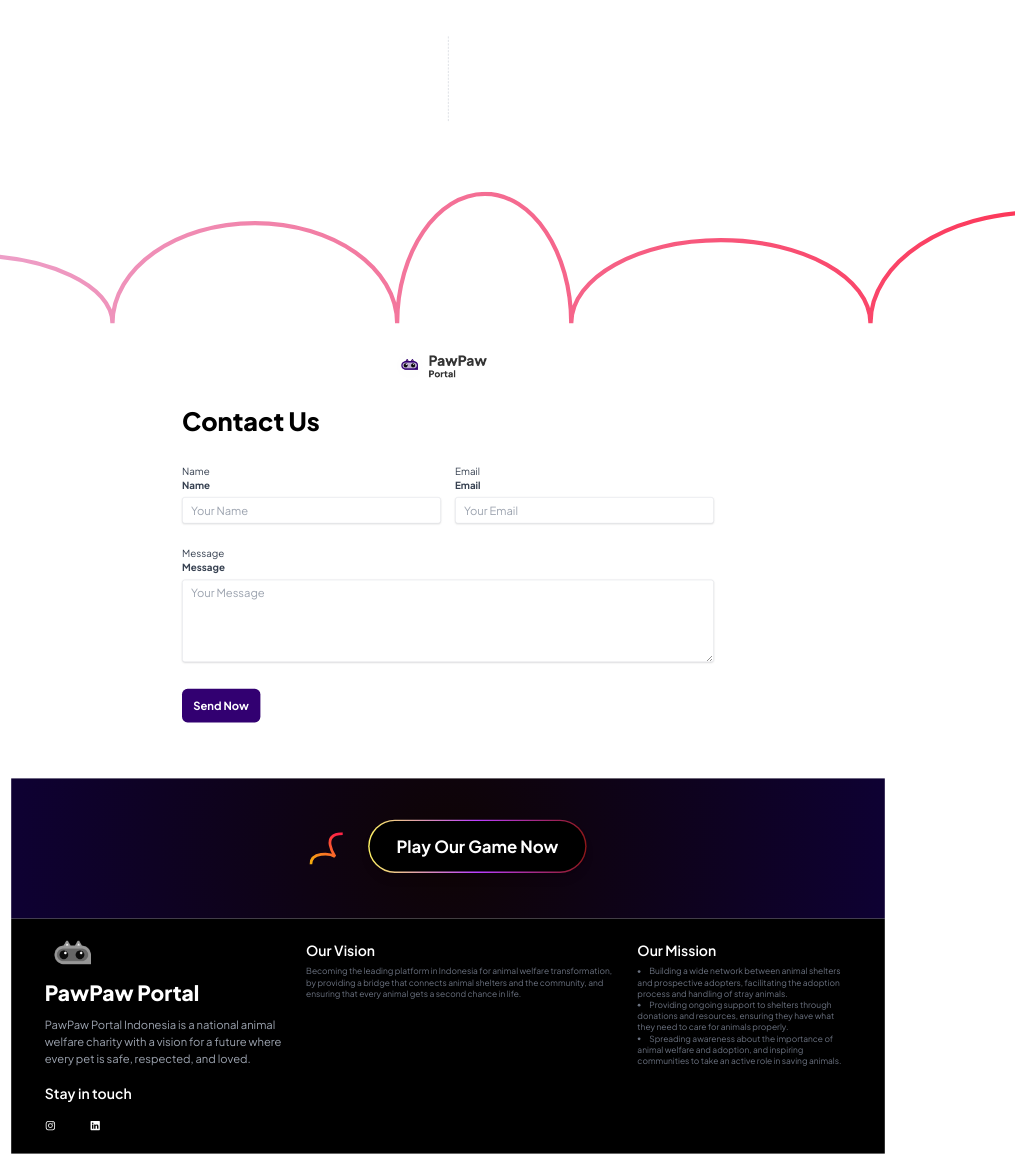
Repository: paskasiregar/pawpawwebsite
Page: /
An editor plug-in stored every save of this project. The page is shown before and after the next save, followed by the edit.
The browser window is 1280 px wide. The page is 1450 px wide, so the pictures cover 1450 px, including what lies to the right of the window. The pictures show the part of the page from y = 1570 to 3250 px (the page is 3250 px tall before and 3210 px after), at 70% of full size.
The project was rebuilt for these pictures with package versions that can differ from the ones it lists, and the page was loaded fresh each time. The framework's server and built-in components were replaced by stand-ins that run in the browser. Also part of the build but not shown: next.config.js, next.config.mjs.

Above is the page before, as saved 2024-07-31 21:55:06.

### src/app/layout.js
import { Inter } from "next/font/google";
import "./globals.css";

const inter = Inter({ subsets: ["latin"] });

export const metadata = {
  title: "PawPaw Portal | Your One-Stop Shelter",
  description: "Your One-Stop Shelter",
};

export default function RootLayout({ children }) {
  return (
    <html lang="en">
      <body className={inter.className}>{children}</body>
    </html>
  );
}

### src/app/globals.css
@import url("https://fonts.googleapis.com/css2?family=Plus+Jakarta+Sans:wght@400;600;700;800&display=swap");

@tailwind base;
@tailwind components;
@tailwind utilities;

body {
  font-family: "Plus Jakarta Sans", sans-serif;
}

.hero-bg {
  display: flex;
  background: radial-gradient(
    circle,
    rgb(204, 188, 230) 10%,
    rgb(255, 255, 255) 50%
  );
}

.cta-container {
  display: flex;
  justify-content: center;
  align-items: center;
  position: relative;
  background: radial-gradient(circle, rgb(14, 4, 4) 0%, rgb(14, 1, 51) 100%);
  padding: 20px;
  gap: 20px;
  min-height: 200px;
}

.cta-button {
  display: inline-block;
  padding: 20px 40px;
  font-size: 24px;
  font-weight: bold;
  color: white;
  background: black;
  border-radius: 40px;
  position: relative;
  z-index: 1;
  overflow: hidden;
  transition: all 0.3s ease;
  text-align: center;
}

.cta-button::before {
  content: "";
  position: absolute;
  top: -2px;
  left: -2px;
  right: -2px;
  bottom: -2px;
  background: linear-gradient(
    90deg,
    rgb(255, 244, 97) 0%,
    rgb(187, 61, 255) 50%,
    rgb(142, 23, 23) 100%
  );
  z-index: -1;
  border-radius: inherit;
}

.cta-button::after {
  content: "";
  position: absolute;
  top: 2px;
  left: 2px;
  right: 2px;
  bottom: 2px;
  background: black;
  z-index: -1;
  border-radius: inherit;
}

.cta-button:hover {
  color: rgb(237, 246, 133);
  background: white;
}

.footer-bg {
  background: radial-gradient(circle, rgb(14, 4, 4) 0%, rgb(14, 1, 51) 100%);
  color: white;
  text-align: center;
  padding: 20px;
}

.centeredcontainer {
  width: 100vw;
  height: auto;
}

.main-container {
  width: 100%;
  max-width: 1200px;
  margin: 0 auto;
  padding: 0 20px;
}
.header-content {
  display: flex;
  flex-direction: row;
  align-items: center;
  justify-content: space-between;
}

.header-logo-button {
  display: flex;
  flex-direction: row;
  align-items: center;
  gap: 16px; /* Adjust spacing as needed */
}

html {
  scroll-behavior: smooth;
}

### src/components/contact.jsx
import React from "react";
import PrimaryButton from "@/components/primaryButton";
import NameInput from "./nameInput";
import EmailInput from "./emailInput";
import MessageInput from "./mesageInput";
import Image from "next/image";
import logoHeaderImage from "../assets/banner-10.png";

export const Contact = () => {
  return (
    <div className="font-plus-jakarta flex flex-col items-center justify-center py-16 px-4 md:px-[200px] gap-[40px] text-29xl">
      <div className="flex justify-start items-start">
        <svg
          width="1620"
          height="188"
          viewBox="0 0 1620 188"
          fill="none"
          xmlns="http://www.w3.org/2000/svg"
        >
          <path
            d="M1891 188C1891 100.375 1784.67 29.342 1653.5 29.342C1522.34 29.342 1413.53 100.375 1413.53 188C1413.53 122.37 1317.84 69.158 1199.78 69.158C1081.72 69.158 986.029 122.362 986.029 188C986.029 85.8274 930.825 3 862.735 3C794.645 3 737.369 85.8274 737.369 188C737.369 108.853 646.33 44.6865 534.029 44.6865C421.728 44.6865 330.689 108.853 330.689 188C330.689 134.381 239.649 90.9105 127.349 90.9105C15.0481 90.9105 -76 134.381 -76 188"
            stroke="url(#paint0_linear_545_35799)"
            strokeWidth="6"
            strokeMiterlimit="10"
            strokeLinejoin="bevel"
          />
          <defs>
            <linearGradient
              id="paint0_linear_545_35799"
              x1="-84.5283"
              y1="91.1699"
              x2="1899.52"
              y2="91.1699"
              gradientUnits="userSpaceOnUse"
            >
              <stop offset="0.0224" stopColor="#EBADD7" />
              <stop offset="1" stopColor="#FF2445" />
            </linearGradient>
          </defs>
        </svg>
      </div>
      <Image
        className="w-36 h-10 object-cover"
        alt="Logo"
        src={logoHeaderImage}
        width={120}
        height={20}
      />
      <div className="text-4xl font-extrabold w-full">Contact Us</div>
      <form
        action="https://forms.office.com/Pages/ResponsePage.aspx?id=FYBQO9x7eUe5JQ3XgE-7JgfHRnXS951Jum6QCf1rDZlUOTFYM1gyVUNMUzAyRTlFRVlHNUo5UVVRSy4u"
        method="post"
        target="_blank"
        className="w-full"
      >
        <div className="w-full flex flex-col items-start gap-[16px] text-base text-light-l800 font-regular-reg-2">
          <div className="w-full flex flex-col md:flex-row gap-[20px]">
            <div className="w-full md:w-1/2">
              <label
                htmlFor="name"
                className="w-full block text-sm font-medium text-gray-700"
              >
                Name
              </label>
              <NameInput className="w-full" id="name" name="name" required />
            </div>
            <div className="w-full md:w-1/2">
              <label
                htmlFor="email"
                className="block text-sm font-medium text-gray-700"
              >
                Email
              </label>
              <EmailInput className="w-full" id="email" name="email" required />
            </div>
          </div>
          <div className="w-full">
            <label
              htmlFor="message"
              className="block text-sm font-medium text-gray-700"
            >
              Message
            </label>
            <MessageInput
              className="w-full"
              id="message"
              name="message"
              required
            />
          </div>
        </div>
        <div className="mt-4">
          <PrimaryButton type="submit">Send Now</PrimaryButton>
        </div>
      </form>
    </div>
  );
};

export default Contact;

### src/components/divider.jsx
export const Divider = () => {
  return (
    <div className="self-stretch h-[195px] flex flex-row items-center justify-center py-16 px-[130px] box-border">
      <div className="w-px relative box-border h-[121px] border-r-[1px] border-dashed border-gray-300" />
    </div>
  );
};

### src/components/footer.jsx
import Link from "next/link";
import React from "react";
import Image from "next/image";
import logoFooterImage from "../assets/inverse.png";

export const Footer = () => {
  return (
    <div className="font-plus-jakarta w-full flex bg-black">
      <div className="font-plus-jakarta w-full flex flex-col items-center bg-black py-8 px-4">
        <div className="max-w-6xl w-full mx-auto space-y-6">
          {/* Footer Header */}
          <div className="flex flex-col md:flex-row items-center md:items-start md:justify-between mb-6">
            <div className="space-y-4">
              <Image
                className="w-20 h-10 object-cover"
                alt="Logo"
                src={logoFooterImage}
                width={80}
                height={80}
              />
              <div className="space-y-4">
                <div className="text-white text-3xl font-extrabold">
                  PawPaw Portal
                </div>
                <p className="text-med text-gray-400">
                  PawPaw Portal Indonesia is a national animal welfare charity
                  with a vision for a future where every pet is safe, respected,
                  and loved.
                </p>
              </div>
            </div>

            {/* Vision and Mission */}
            <div className="flex flex-col md:flex-row mt-4 md:mt-0 space-y-4 md:space-y-0 md:space-x-8">
              <div className="space-y-2">
                <div className="font-semibold text-xl text-white">
                  Our Vision
                </div>
                <div className="text-xs text-gray-500">
                  Becoming the leading platform in Indonesia for animal welfare
                  transformation, by providing a bridge that connects animal
                  shelters and the community, and ensuring that every animal
                  gets a second chance in life.
                </div>
              </div>
              <div className="space-y-2">
                <div className="font-semibold text-xl text-white">
                  Our Mission
                </div>
                <div className="text-xs text-gray-500">
                  <ol className="list-inside list-disc">
                    <li>
                      Building a wide network between animal shelters and
                      prospective adopters, facilitating the adoption process
                      and handling of stray animals.
                    </li>
                    <li>
                      Providing ongoing support to shelters through donations
                      and resources, ensuring they have what they need to care
                      for animals properly.
                    </li>
                    <li>
                      Spreading awareness about the importance of animal welfare
                      and adoption, and inspiring communities to take an active
                      role in saving animals.
                    </li>
                  </ol>
                </div>
              </div>
            </div>
          </div>
          {/* social media */}
          <div className="text-xl font-semibold mb-4 text-white">
            Stay in touch
          </div>
          <div className="flex space-x-4">
            <Link href="https://www.instagram.com/pawpawportal">
              <svg
                xmlns="http://www.w3.org/2000/svg"
                width="1em"
                height="1em"
                viewBox="0 0 24 24"
              >
                <path
                  fill="white"
                  d="M17.34 5.46a1.2 1.2 0 1 0 1.2 1.2a1.2 1.2 0 0 0-1.2-1.2m4.6 2.42a7.59 7.59 0 0 0-.46-2.43a4.94 4.94 0 0 0-1.16-1.77a4.7 4.7 0 0 0-1.77-1.15a7.3 7.3 0 0 0-2.43-.47C15.06 2 14.72 2 12 2s-3.06 0-4.12.06a7.3 7.3 0 0 0-2.43.47a4.78 4.78 0 0 0-1.77 1.15a4.7 4.7 0 0 0-1.15 1.77a7.3 7.3 0 0 0-.47 2.43C2 8.94 2 9.28 2 12s0 3.06.06 4.12a7.3 7.3 0 0 0 .47 2.43a4.7 4.7 0 0 0 1.15 1.77a4.78 4.78 0 0 0 1.77 1.15a7.3 7.3 0 0 0 2.43.47C8.94 22 9.28 22 12 22s3.06 0 4.12-.06a7.3 7.3 0 0 0 2.43-.47a4.7 4.7 0 0 0 1.77-1.15a4.85 4.85 0 0 0 1.16-1.77a7.59 7.59 0 0 0 .46-2.43c0-1.06.06-1.4.06-4.12s0-3.06-.06-4.12M20.14 16a5.61 5.61 0 0 1-.34 1.86a3.06 3.06 0 0 1-.75 1.15a3.19 3.19 0 0 1-1.15.75a5.61 5.61 0 0 1-1.86.34c-1 .05-1.37.06-4 .06s-3 0-4-.06a5.73 5.73 0 0 1-1.94-.3a3.27 3.27 0 0 1-1.1-.75a3 3 0 0 1-.74-1.15a5.54 5.54 0 0 1-.4-1.9c0-1-.06-1.37-.06-4s0-3 .06-4a5.54 5.54 0 0 1 .35-1.9A3 3 0 0 1 5 5a3.14 3.14 0 0 1 1.1-.8A5.73 5.73 0 0 1 8 3.86c1 0 1.37-.06 4-.06s3 0 4 .06a5.61 5.61 0 0 1 1.86.34a3.06 3.06 0 0 1 1.19.8a3.06 3.06 0 0 1 .75 1.1a5.61 5.61 0 0 1 .34 1.9c.05 1 .06 1.37.06 4s-.01 3-.06 4M12 6.87A5.13 5.13 0 1 0 17.14 12A5.12 5.12 0 0 0 12 6.87m0 8.46A3.33 3.33 0 1 1 15.33 12A3.33 3.33 0 0 1 12 15.33"
                />
              </svg>
            </Link>
            <Link href="https://twitter.com/pawpawportal">
              <svg
                xmlns="http://www.w3.org/2000/svg"
                width="1em"
                height="1em"
                viewBox="0 0 24 24"
              >
                <g fill="white">
                  <path d="M1 2h2.5L3.5 2h-2.5z">
                    <animate
                      fill="freeze"
                      attributeName="d"
                      dur="0.4s"
                      values="M1 2h2.5L3.5 2h-2.5z;M1 2h2.5L18.5 22h-2.5z"
                    />
                  </path>
                  <path d="M5.5 2h2.5L7.2 2h-2.5z">
                    <animate
                      fill="freeze"
                      attributeName="d"
                      dur="0.4s"
                      values="M5.5 2h2.5L7.2 2h-2.5z;M5.5 2h2.5L23 22h-2.5z"
                    />
                  </path>
                  <path d="M3 2h5v0h-5z" opacity="0">
                    <set attributeName="opacity" begin="0.4s" to="1" />
                    <animate
                      fill="freeze"
                      attributeName="d"
                      begin="0.4s"
                      dur="0.4s"
                      values="M3 2h5v0h-5z;M3 2h5v2h-5z"
                    />
                  </path>
                  <path d="M16 22h5v0h-5z" opacity="0">
                    <set attributeName="opacity" begin="0.4s" to="1" />
                    <animate
                      fill="freeze"
                      attributeName="d"
                      begin="0.4s"
                      dur="0.4s"
                      values="M16 22h5v0h-5z;M16 22h5v-2h-5z"
                    />
                  </path>
                  <path d="M18.5 2h3.5L22 2h-3.5z" opacity="0">
                    <set attributeName="opacity" begin="0.5s" to="1" />
                    <animate
                      fill="freeze"
                      attributeName="d"
                      begin="0.5s"
                      dur="0.4s"
                      values="M18.5 2h3.5L22 2h-3.5z;M18.5 2h3.5L5 22h-3.5z"
                    />
                  </path>
                </g>
              </svg>
            </Link>
            <Link href="https://www.linkedin.com/company/pawpawportal">
              <svg
                xmlns="http://www.w3.org/2000/svg"
                width="1em"
                height="1em"
                viewBox="0 0 24 24"
              >
                <path
                  fill="white"
                  d="M20.47 2H3.53a1.45 1.45 0 0 0-1.47 1.43v17.14A1.45 1.45 0 0 0 3.53 22h16.94a1.45 1.45 0 0 0 1.47-1.43V3.43A1.45 1.45 0 0 0 20.47 2M8.09 18.74h-3v-9h3ZM6.59 8.48a1.56 1.56 0 1 1 0-3.12a1.57 1.57 0 1 1 0 3.12m12.32 10.26h-3v-4.83c0-1.21-.43-2-1.52-2A1.65 1.65 0 0 0 12.85 13a2 2 0 0 0-.1.73v5h-3v-9h3V11a3 3 0 0 1 2.71-1.5c2 0 3.45 1.29 3.45 4.06Z"
                />
              </svg>
            </Link>
          </div>
        </div>
      </div>
    </div>
  );
};

export default Footer;

### src/components/header.jsx
import Link from "next/link";
import PrimaryButton from "@/components/primaryButton";
import React from "react";
import Image from "next/image";
import logoHeaderImage from "../assets/banner-10.png";

export const Header = () => {
  return (
    <div className="font-plus-jakarta w-full flex flex-col items-center justify-center text-left text-gray-500">
      <div className="self-stretch bg-white flex flex-col items-center justify-center text-sm">
        <div className="w-full header-content p-2.5 box-border">
          <Link href="/">
            <Image
              className="w-36 h-10 object-cover"
              alt="Logo"
              src={logoHeaderImage}
              width={120}
              height={20}
            />
          </Link>
          <div className="hidden md:flex flex-row items-center justify-center gap-8">
            <div>
              <Link href="#how-it-works">How It Works</Link>
            </div>
            <div>
              <Link href="#about-us">About Us</Link>
            </div>
          </div>
          <div className="header-logo-button">
            <PrimaryButton>Be Our Hero Today!</PrimaryButton>
          </div>
        </div>
      </div>
    </div>
  );
};

export default Header;

### src/components/CTA.jsx
import React from "react";
import Link from "next/link";

const CTA = () => {
  return (
    <div className="cta-container font-plus-jakarta p-4 md:p-8 flex flex-col md:flex-row items-center justify-center">
      <svg
        className="cta-decoration mb-4 md:mb-0 md:mr-4"
        width="48"
        height="46"
        viewBox="0 0 48 46"
        fill="none"
        xmlns="http://www.w3.org/2000/svg"
      >
        <path
          d="M2 46C2 27.296 29.551 30.0086 36.5736 34.5625C36.5736 34.5625 14.4611 2 47.5714 2"
          stroke="url(#cta_gradient)"
          strokeWidth="3.92857"
          strokeMiterlimit="10"
          strokeLinejoin="bevel"
        />
        <defs>
          <linearGradient
            id="cta_gradient"
            x1="37.3571"
            y1="2"
            x2="7.5"
            y2="46"
            gradientUnits="userSpaceOnUse"
          >
            <stop stopColor="#FF2445" />
            <stop offset="1" stopColor="#F5AB0E" />
          </linearGradient>
        </defs>
      </svg>
      <Link href="/game">
        <div className="cta-button text-center bg-gradient-to-r from-orange-500 to-pink-500 text-white font-bold py-2 px-4 rounded-lg shadow-lg cursor-pointer">
          Play Our Game Now
        </div>
      </Link>
    </div>
  );
};

export default CTA;

### src/components/primaryButton.jsx
import React from "react";

const PrimaryButton = ({ children, onClick }) => {
  return (
    <button
      className="self-stretch  bg-inherit-320071 hover:bg-blue-700 text-white font-bold px-4 py-3 rounded-lg"
      onClick={onClick}
    >
      {children}
    </button>
  );
};

export default PrimaryButton;

### src/components/secButton.jsx
import React from "react";

const SecButton = ({ children, onClick }) => {
  return (
    <button
      className="bg-white border border-inherit-320071 text-inherit-320071 font-bold py-2 px-4 rounded-lg"
      onClick={onClick}
    >
      {children}
    </button>
  );
};

export default SecButton;

### src/components/nameInput.jsx
import React from "react";

const NameInput = ({ value, onChange }) => {
  return (
    <div className="mb-4">
      <label
        className="block text-gray-700 text-sm font-bold mb-2"
        htmlFor="name"
      >
        Name
      </label>
      <input
        id="name"
        type="text"
        value={value}
        onChange={onChange}
        className="shadow appearance-none border rounded w-full py-2 px-3 text-gray-700 leading-tight focus:outline-none focus:shadow-outline"
        placeholder="Your Name"
      />
    </div>
  );
};

export default NameInput;

### src/components/emailInput.jsx
import React from "react";

const EmailInput = ({ value, onChange }) => {
  return (
    <div className="mb-4">
      <label
        className="block text-gray-700 text-sm font-bold mb-2"
        htmlFor="email"
      >
        Email
      </label>
      <input
        id="email"
        type="email"
        value={value}
        onChange={onChange}
        className="shadow appearance-none border rounded w-full py-2 px-3 text-gray-700 leading-tight focus:outline-none focus:shadow-outline"
        placeholder="Your Email"
      />
    </div>
  );
};

export default EmailInput;

### src/components/mesageInput.jsx
import React from "react";

const MessageInput = ({ value, onChange }) => {
  return (
    <div className="mb-4">
      <label
        className="block text-gray-700 text-sm font-bold mb-2"
        htmlFor="message"
      >
        Message
      </label>
      <textarea
        id="message"
        value={value}
        onChange={onChange}
        className="shadow appearance-none border rounded w-full py-2 px-3 text-gray-700 leading-tight focus:outline-none focus:shadow-outline"
        placeholder="Your Message"
        rows="5"
      />
    </div>
  );
};

export default MessageInput;

Loaded but not shown: src/app/page.js (128 lines, source omitted); tailwind.config.js (24 lines, source omitted); src/components/hero.jsx (211 lines, source omitted)

After the next save:
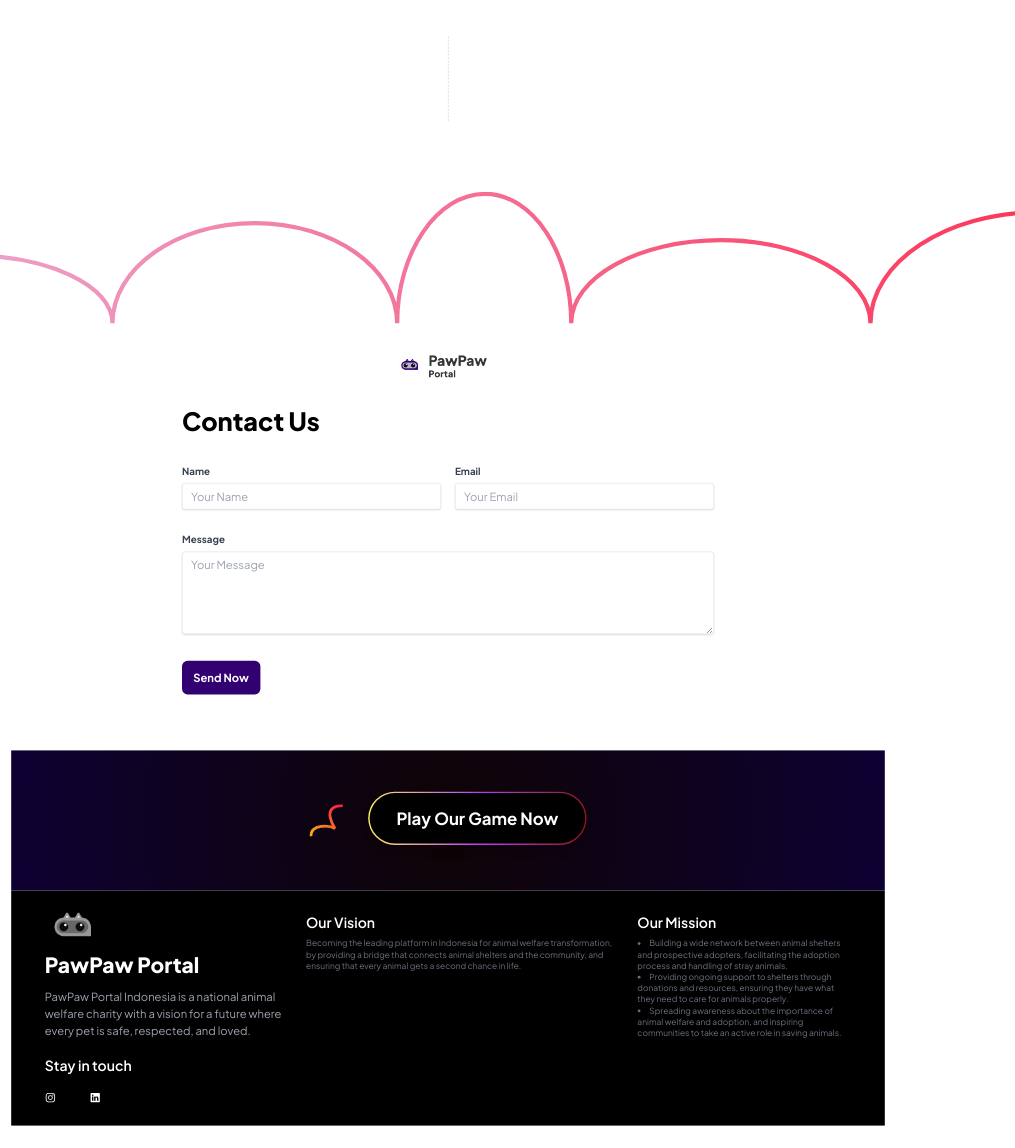
Saved 15 s later.
--- a/src/components/contact.jsx
+++ b/src/components/contact.jsx
@@ -59,18 +59,14 @@ export const Contact = () => {
               <label
                 htmlFor="name"
                 className="w-full block text-sm font-medium text-gray-700"
-              >
-                Name
-              </label>
+              ></label>
               <NameInput className="w-full" id="name" name="name" required />
             </div>
             <div className="w-full md:w-1/2">
               <label
                 htmlFor="email"
                 className="block text-sm font-medium text-gray-700"
-              >
-                Email
-              </label>
+              ></label>
               <EmailInput className="w-full" id="email" name="email" required />
             </div>
           </div>
@@ -78,9 +74,7 @@ export const Contact = () => {
             <label
               htmlFor="message"
               className="block text-sm font-medium text-gray-700"
-            >
-              Message
-            </label>
+            ></label>
             <MessageInput
               className="w-full"
               id="message"
